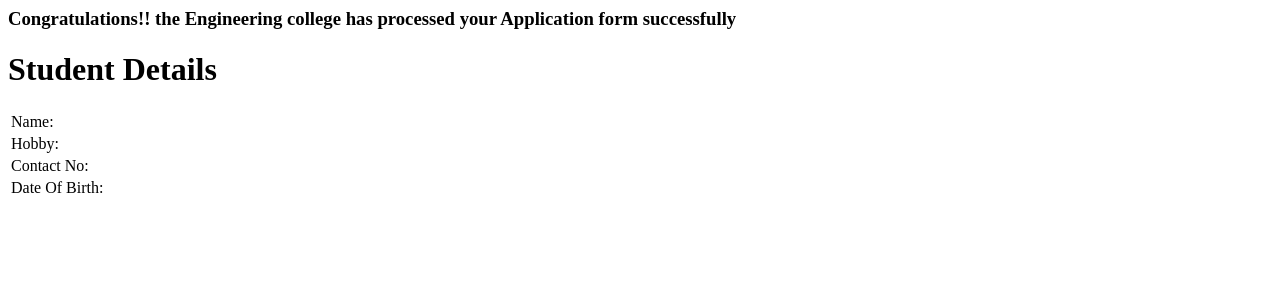
Repository: Imvicoder/SpringMVC-Codes
Page: http://localhost/ModelAttributAnnotationEg/WEB-INF/Successmsg.jsp
An editor plug-in stored every save of this project. The page is shown before and after the next save, followed by the edit.
The browser window is 1280 px wide. The pictures show the whole page.
The page is served by Tomcat 9. Nobody is signed in. The template is opened directly, without the code that normally fills it, so the values that code supplies are empty.

Above is the page before, as saved 2017-07-10 15:41:39.

After the next save:
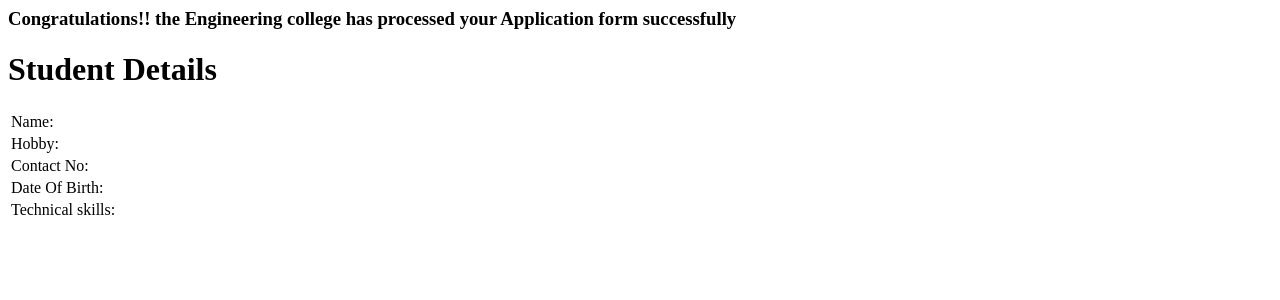
Saved 3 min 51 s later.
--- a/ModelAttributAnnotationEg/WebContent/WEB-INF/Successmsg.jsp
+++ b/ModelAttributAnnotationEg/WebContent/WEB-INF/Successmsg.jsp
@@ -26,10 +26,10 @@
 			<td>Date Of Birth:</td>
 			<td>${student.dob}</td>
 		</tr>
-		<%-- <tr>
+		<tr>
 			<td>Technical skills:</td>
 			<td>${student.skills}</td>
-		</tr> --%>
+		</tr>
 	</table>
 </body>
 </html>
